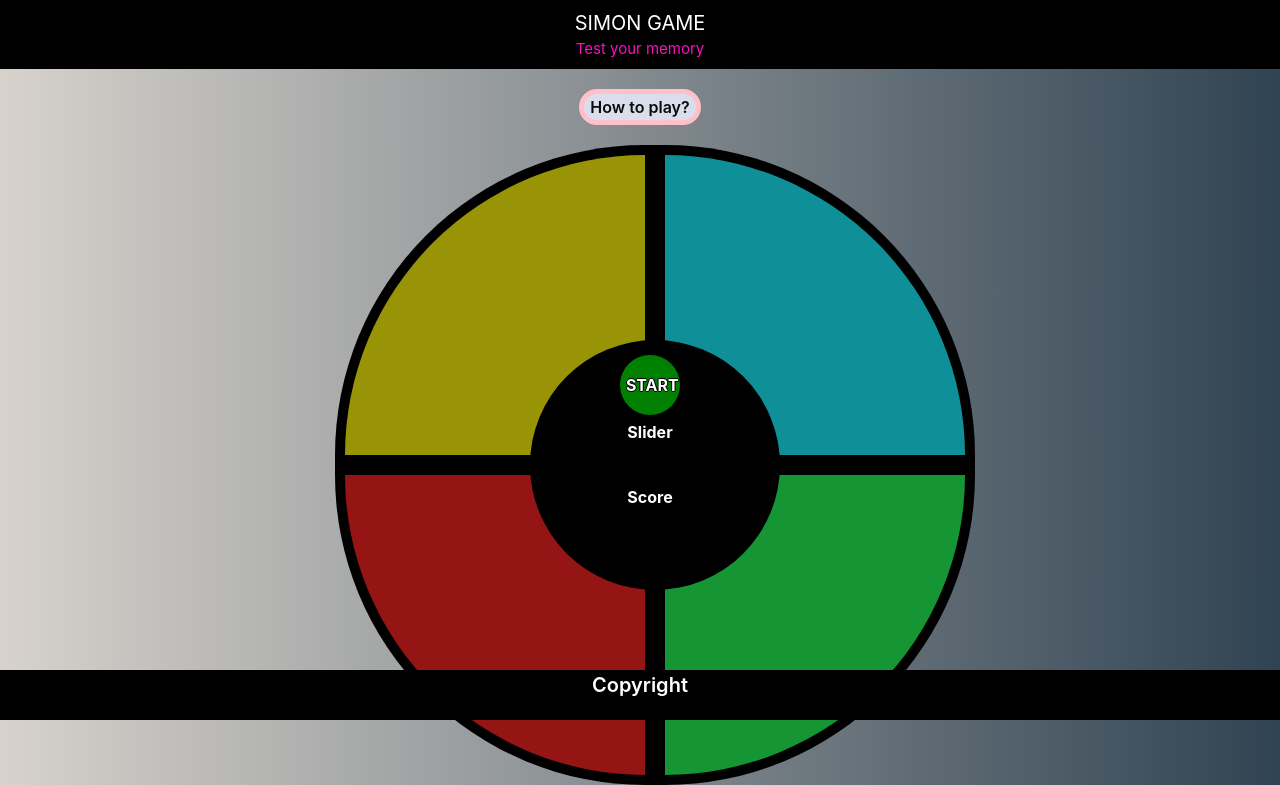
Repository: murphya14/Simon-game
Page: index.html
The author's editor kept a record of every edit. The page is drawn from the files as they stood at one moment, then again after the next edit.
The browser window is 1280 px wide. The pictures show the whole page.

Above is the page before.

After the next edit:
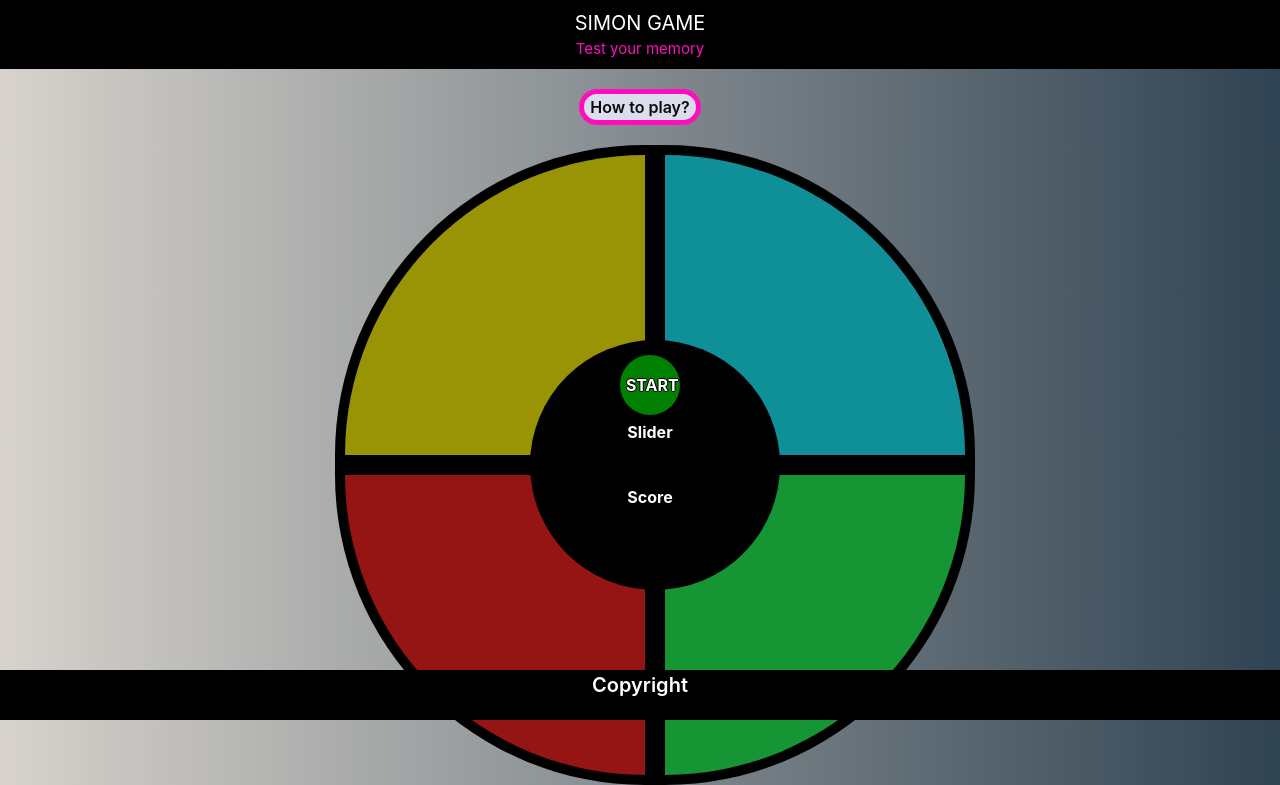
The edit:
--- a/assets/css/style.css
+++ b/assets/css/style.css
@@ -119,7 +119,7 @@
 
 .how-to {
     color: #0b0b0d;
-    border: 5px solid pink;
+    border: 5px solid #ff0dbf;
     background-color: #daddeb;
     font-weight: 600;
     border-radius: 25px;
